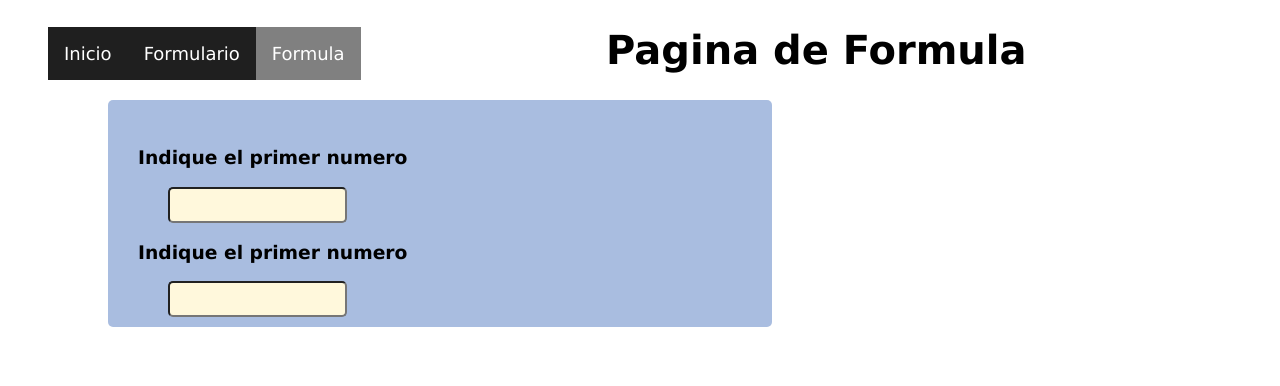
Repository: misterySnow94/tutoriales
Page: pagina basica/formula.html
These files come from the project's save history. The page is drawn as it stood at one moment and after a run of saves; the edit follows.
The browser window is 1280 px wide. The pictures show the whole page.

Above is the page before, as saved 2019-11-04 00:33:27.

After the next 2 saves:
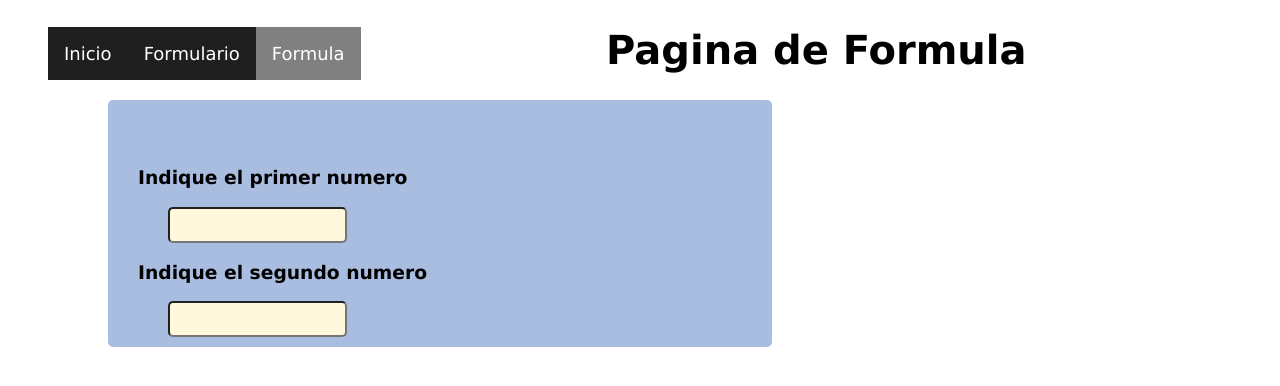
The 2 saves are shown as one change because they came seconds apart.
The last was saved 10 s later.
--- a/pagina basica/formula.html
+++ b/pagina basica/formula.html
@@ -20,13 +20,14 @@
         <h1>Pagina de Formula</h1>
 
         <form action="">
+            <h2></h2>
             <label for="numero_1">
                 <h3>Indique el primer numero</h3>
                 <input type="number" name="numero_1">
             </label>
             <label for="numero_2">
-                <h3>Indique el primer numero</h3>
-                <input type="number" name="numero_1">
+                <h3>Indique el segundo numero</h3>
+                <input type="number" name="numero_2">
             </label>
         </form>
     </div>
